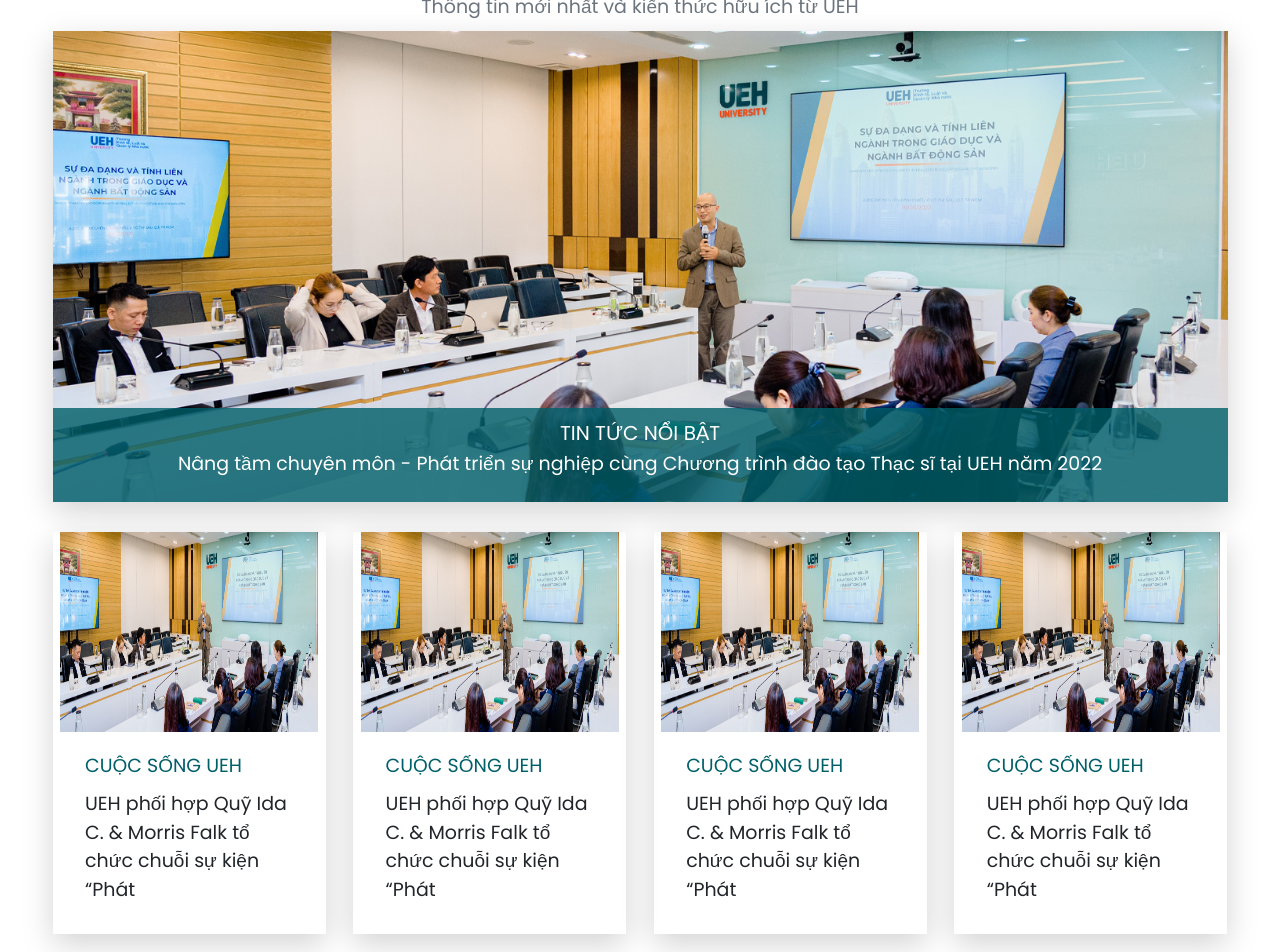
Repository: Jackietruong2805/frontends
Page: html css/ueh/index.html
These files come from the project's save history. The page is drawn as it stood at one moment and after the next save; the edit follows.
The browser window is 1280 px wide. The page is 1288 px wide, so the pictures cover 1288 px, including what lies to the right of the window. The pictures show the part of the page from y = 768 to 1720 px (the page is 1720 px tall).
Some web libraries are served in a nearby version.

Above is the page before, as saved 2022-06-20 09:49:27.

After the next save:
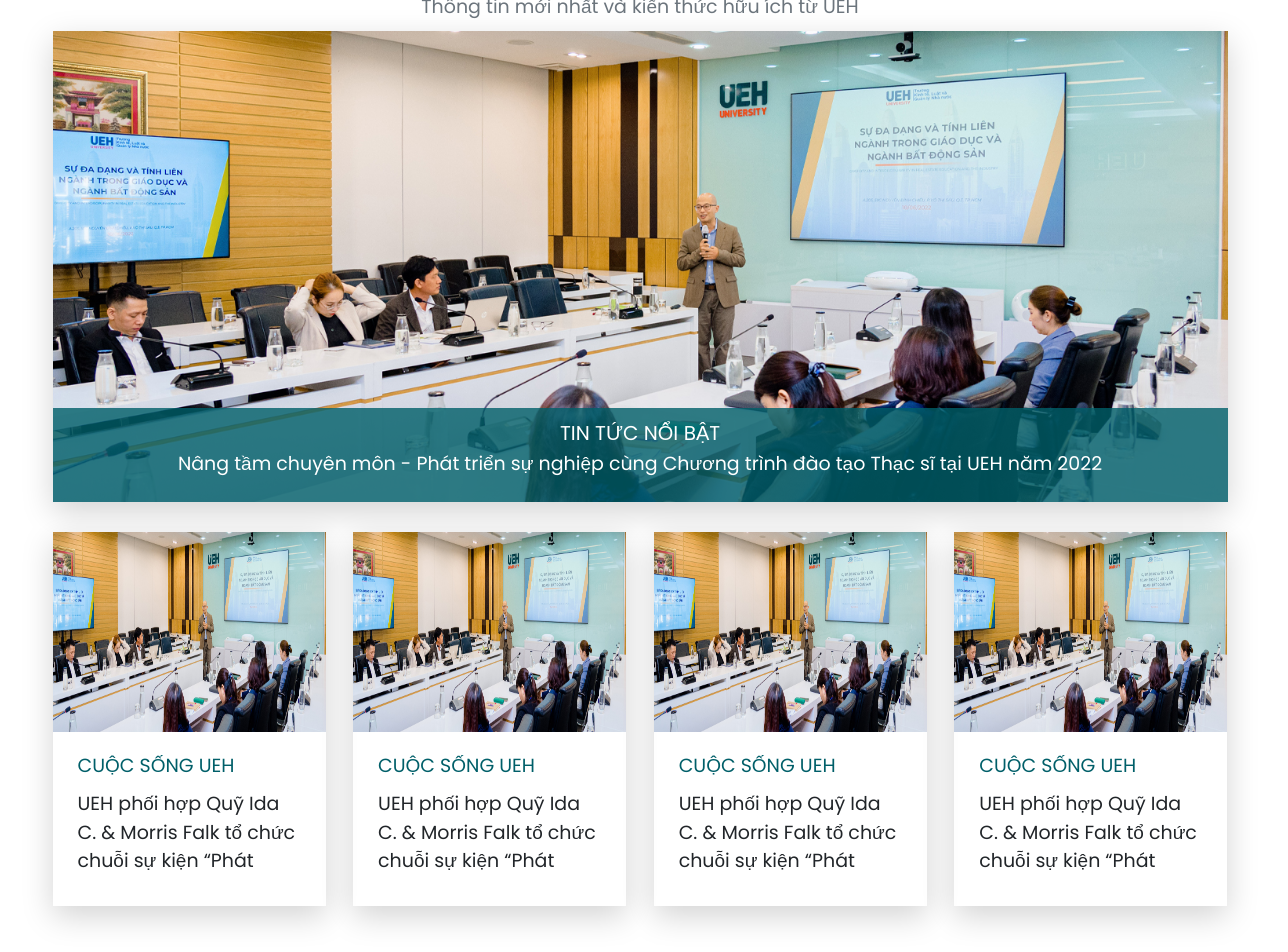
Saved 21 s later.
--- a/html css/ueh/index.html
+++ b/html css/ueh/index.html
@@ -198,43 +198,43 @@
             </div>
           </div>
           <div class="row px-5 py-5 news__list">
-            <div class="col-3 shadow-lg news__col news__item">
-              <div class="news__img">
-                <img class="" src="./img/news-1.jpg" alt="news-1" />
-              </div>
-              <div class="new__content">
-                <p style="color: rgb(0, 95, 105)">CUỘC SỐNG UEH</p>
-                <p>
-                  UEH phối hợp Quỹ Ida C. & Morris Falk tổ chức chuỗi sự kiện
-                  “Phát
-                </p>
-              </div>
-            </div>
-            <div class="col-3 shadow-lg news__col news__item">
-              <div class="news__img">
-                <img class="" src="./img/news-1.jpg" alt="news-1" />
-              </div>
-              <div class="new__content">
-                <p style="color: rgb(0, 95, 105)">CUỘC SỐNG UEH</p>
-                <p>
-                  UEH phối hợp Quỹ Ida C. & Morris Falk tổ chức chuỗi sự kiện
-                  “Phát
-                </p>
-              </div>
-            </div>
-            <div class="col-3 shadow-lg news__col news__item">
-              <div class="news__img">
-                <img class="" src="./img/news-1.jpg" alt="news-1" />
-              </div>
-              <div class="new__content">
-                <p style="color: rgb(0, 95, 105)">CUỘC SỐNG UEH</p>
-                <p>
-                  UEH phối hợp Quỹ Ida C. & Morris Falk tổ chức chuỗi sự kiện
-                  “Phát
-                </p>
-              </div>
-            </div>
-            <div class="col-3 shadow-lg news__col news__item">
+            <div class="col-3 p-0 shadow-lg news__col news__item">
+              <div class="news__img">
+                <img class="" src="./img/news-1.jpg" alt="news-1" />
+              </div>
+              <div class="new__content">
+                <p style="color: rgb(0, 95, 105)">CUỘC SỐNG UEH</p>
+                <p>
+                  UEH phối hợp Quỹ Ida C. & Morris Falk tổ chức chuỗi sự kiện
+                  “Phát
+                </p>
+              </div>
+            </div>
+            <div class="col-3 p-0 shadow-lg news__col news__item">
+              <div class="news__img">
+                <img class="" src="./img/news-1.jpg" alt="news-1" />
+              </div>
+              <div class="new__content">
+                <p style="color: rgb(0, 95, 105)">CUỘC SỐNG UEH</p>
+                <p>
+                  UEH phối hợp Quỹ Ida C. & Morris Falk tổ chức chuỗi sự kiện
+                  “Phát
+                </p>
+              </div>
+            </div>
+            <div class="col-3 p-0 shadow-lg news__col news__item">
+              <div class="news__img">
+                <img class="" src="./img/news-1.jpg" alt="news-1" />
+              </div>
+              <div class="new__content">
+                <p style="color: rgb(0, 95, 105)">CUỘC SỐNG UEH</p>
+                <p>
+                  UEH phối hợp Quỹ Ida C. & Morris Falk tổ chức chuỗi sự kiện
+                  “Phát
+                </p>
+              </div>
+            </div>
+            <div class="col-3 p-0 shadow-lg news__col news__item">
               <div class="news__img">
                 <img class="" src="./img/news-1.jpg" alt="news-1" />
               </div>
